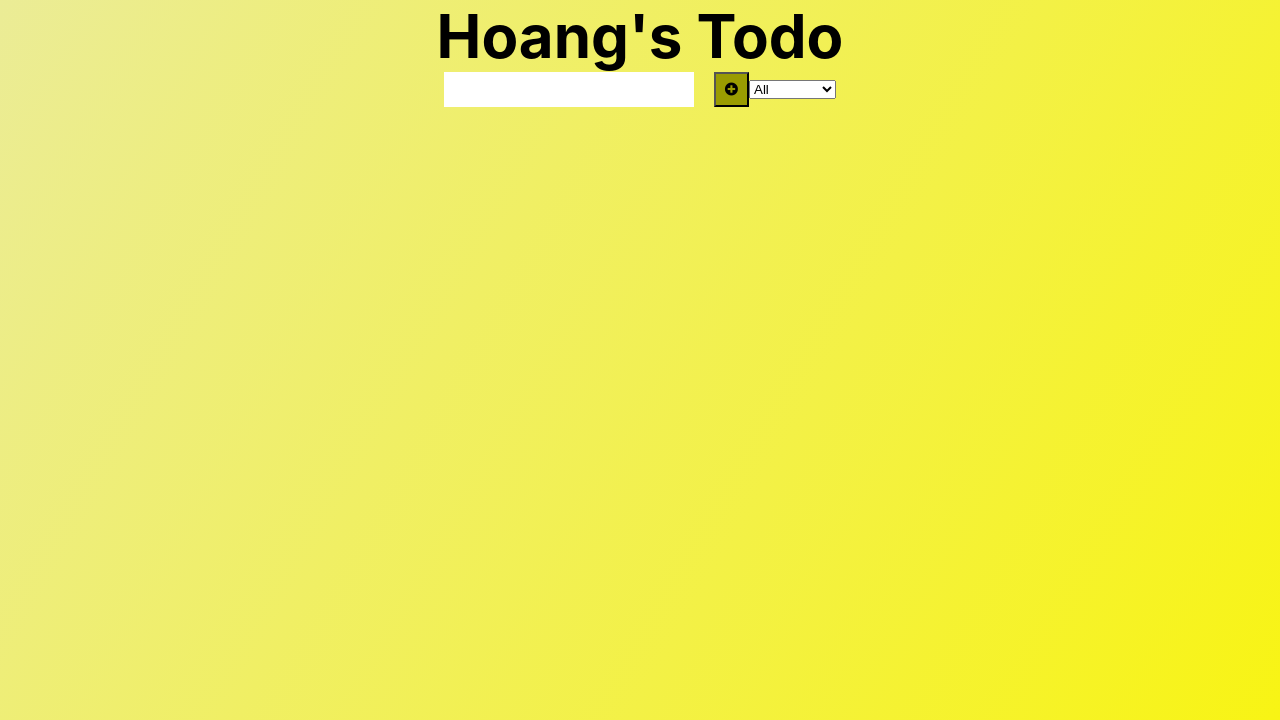
Repository: DinhHoang0607/TodoReact
Page: /
These files come from the project's save history. The page is drawn as it stood at one moment and after the next save; the edit follows.
The browser window is 1280 px wide. The pictures show the whole page.
Some web libraries are served in a nearby version. The project was rebuilt for these pictures with package versions that can differ from the ones it lists, and the page was loaded fresh each time.

Above is the page before, as saved 2021-09-09 20:30:41.

### public/index.html
<!DOCTYPE html>
<html lang="en">
  <head>
    <meta charset="utf-8" />
    <link rel="icon" href="%PUBLIC_URL%/favicon.ico" />
    <meta name="viewport" content="width=device-width, initial-scale=1" />
    <meta name="theme-color" content="#000000" />
    <meta
      name="description"
      content="Web site created using create-react-app"
    />
    <link rel="apple-touch-icon" href="%PUBLIC_URL%/logo192.png" />
    <!--
      manifest.json provides metadata used when your web app is installed on a
      user's mobile device or desktop. See https://developers.google.com/web/fundamentals/web-app-manifest/
    -->
    <link rel="stylesheet" href="https://pro.fontawesome.com/releases/v5.10.0/css/all.css" integrity="sha384-AYmEC3Yw5cVb3ZcuHtOA93w35dYTsvhLPVnYs9eStHfGJvOvKxVfELGroGkvsg+p" crossorigin="anonymous"/>
    <link rel="manifest" href="%PUBLIC_URL%/manifest.json" />
    <!--
      Notice the use of %PUBLIC_URL% in the tags above.
      It will be replaced with the URL of the `public` folder during the build.
      Only files inside the `public` folder can be referenced from the HTML.

      Unlike "/favicon.ico" or "favicon.ico", "%PUBLIC_URL%/favicon.ico" will
      work correctly both with client-side routing and a non-root public URL.
      Learn how to configure a non-root public URL by running `npm run build`.
    -->
    <title>React App</title>
  </head>
  <body>
    <noscript>You need to enable JavaScript to run this app.</noscript>
    <div id="root"></div>
    <!--
      This HTML file is a template.
      If you open it directly in the browser, you will see an empty page.

      You can add webfonts, meta tags, or analytics to this file.
      The build step will place the bundled scripts into the <body> tag.

      To begin the development, run `npm start` or `yarn start`.
      To create a production bundle, use `npm run build` or `yarn build`.
    -->
  </body>
</html>

### src/App.js
import "./App.css";
import React from "react";
import Form from "./components/Form";

function App() {
  return (
    <div className="App">
      <header>
        <h1>Hoang's Todo</h1>
      </header>
      <Form />
    </div>
  );
}

export default App;

### src/App.css
*,
*::before,
*::after {
  box-sizing: border-box;
  padding: 0;
  margin: 0;
}
html {
  font-size: 62.5%;
}
body {
  width: 100%;
  height: 100vh;
  background-image: linear-gradient(120deg, #ebec96 0%, #f8f414 100%);
}
header {
  font-size: 3rem;
  margin: 0 auto;
}
header,
form {
  display: flex;
  justify-content: center;
  align-items: center;
}
.form__input {
  width: 25rem;
  height: 3.5rem;
  border: none;
  background: white;
}
.form__btn {
  background-color: #9a9c01;
  margin-left: 2rem;
  width: 3.5rem;
  height: 3.5rem;
}

### src/components/Form.js
import React from "react";
const Form = () => {
  return (
    <form className="form">
      <input type="text" className="form__input" />
      <button className="form__btn" type="submit">
        <i class="fas fa-plus-circle"></i>
      </button>
      <div className="form__select">
        <select name="items" className="select__item">
          <option value="all" selected="selected">
            All
          </option>
          <option value="completed">Completed</option>
          <option value="inProcess">InProcess</option>
        </select>
      </div>
    </form>
  );
};

export default Form;

Loaded but not shown: src/index.js (common file); src/index.css (common file); src/reportWebVitals.js (common file)

After the next save:
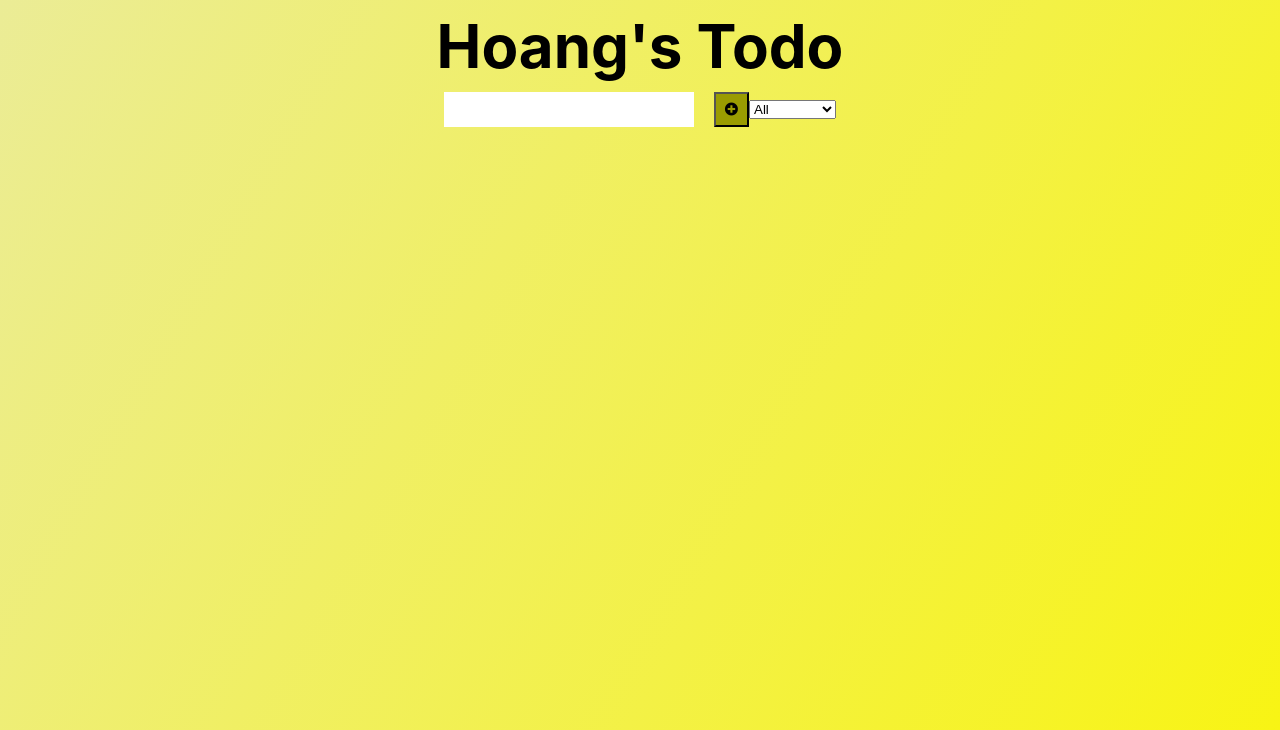
Saved 27 s later.
--- a/src/App.css
+++ b/src/App.css
@@ -15,7 +15,7 @@ body {
 }
 header {
   font-size: 3rem;
-  margin: 0 auto;
+  margin: 1rem auto;
 }
 header,
 form {
